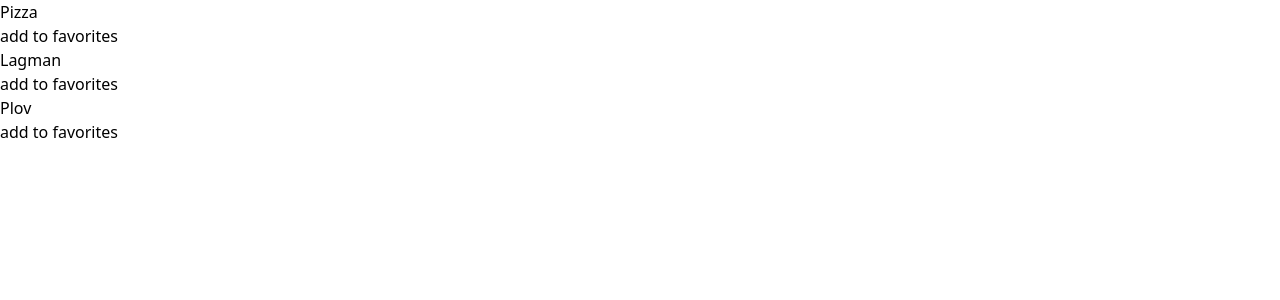
Repository: Nurlan-Bakenbaev/redux-tools
Page: /
The author's editor kept a copy of each file at every save. The page is drawn from the files as they stood at one save, then again after the next save.
The browser window is 1280 px wide. The pictures show the whole page.
The project was rebuilt for these pictures with package versions that can differ from the ones it lists, and the page was loaded fresh each time. Also part of the build but not shown: vite.config.js.

Above is the page before, as saved 2023-10-22 22:11:58.

### src/App.jsx
import RicipeItem from "./RicipeItem";

function App() {
  return (
    <>
      <div>
        <RicipeItem recipe={{ id: 1, name: "Pizza" }} />
        <RicipeItem recipe={{ id: 2, name: "Lagman" }} />
        <RicipeItem recipe={{ id: 3, name: "Plov" }} />
      </div>
    </>
  );
}

export default App;

### src/index.css
@tailwind base;
@tailwind components;
@tailwind utilities;

body{background:}

### src/store/store.js
import { configureStore } from "@reduxjs/toolkit"
import {reducer} from "../features/favoritesSlice"


 export const store = configureStore({
  reducer: {reducer},

});

### src/RicipeItem.jsx
import React from 'react';

const RicipeItem = ( {recipe }) => {
  return (
    <div>
      <div>{recipe.name}</div>
      <button> add to favorites</button>
    </div>
  );
};

export default RicipeItem;

### src/features/favoritesSlice.js
import { createSlice } from "@reduxjs/toolkit";


const initialState = [];
export const favoritesSlice = createSlice({
  name: "favorites",
  initialState,
  reducers: {
    toggleFavorites: (state, { payload: recipe }) => {
      const isExits = state.some((r) => r.id === recipe.id);
      if (isExits) {
        state = state.filter((r) => r.id !== recipe.id);
      }
      state.push(recipe);
    },
  },
});
export const {action,reducer} = favoritesSlice

Loaded but not shown: index.html (common file); src/main.jsx (common file); tailwind.config.js (common file)

After the next save:
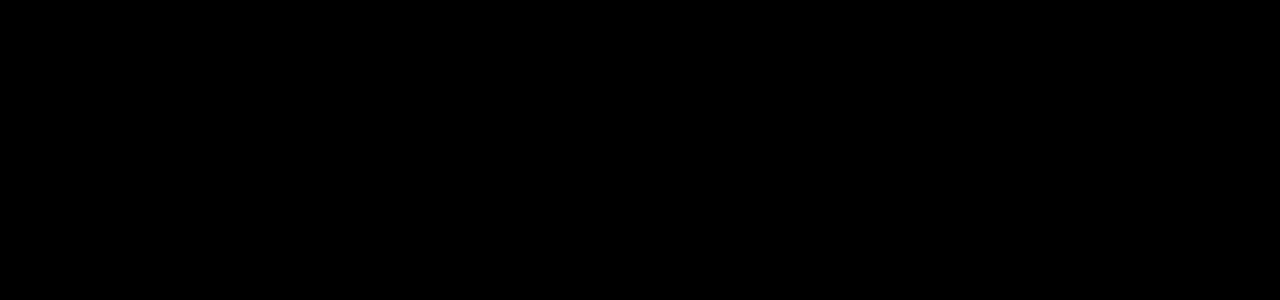
Saved 4 s later.
--- a/src/index.css
+++ b/src/index.css
@@ -2,4 +2,4 @@
 @tailwind components;
 @tailwind utilities;
 
-body{background:}
+body{background:black}

After the 2 saves that followed:
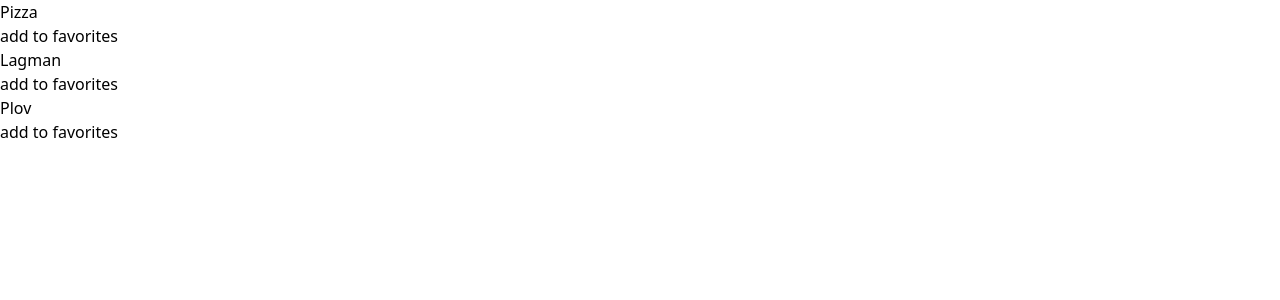
The 2 saves are shown as one change because they came seconds apart.
The last was saved 11 s later.
--- a/src/index.css
+++ b/src/index.css
@@ -2,4 +2,4 @@
 @tailwind components;
 @tailwind utilities;
 
-body{background:black}
+body{background:black,c}
